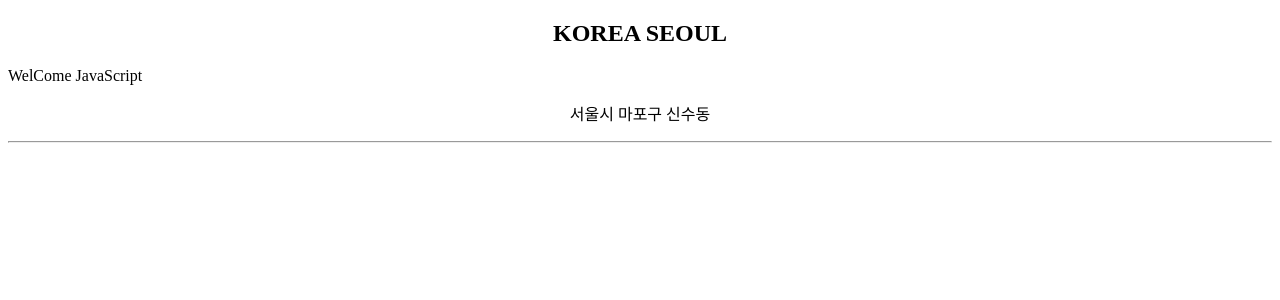
Repository: wjsjsn/23_webstudy
Page: 03_javascript/src/main/webapp/day03/Ex09_dom.html
The author's editor kept a copy of each file at every save. The page is drawn from the files as they stood at one save, then again after the next save.
The browser window is 1280 px wide. The pictures show the whole page.

Above is the page before, as saved 2023-06-29 06:11:28.

### 03_javascript/src/main/webapp/day03/Ex09_dom.html
<!DOCTYPE html>
<html>
<head>
<meta charset="UTF-8">
<title>DOM(Document Object Model)</title>
</head>
<body>
  <p id="demo1">Hello World</p>
  <p><span id="demo2">WelCome JavaScript</span></p>
  <p id="demo3">서울시 마포구 신수동</p>
  <hr>

  <script type="text/javascript">
  	// html 요소 변경
  	// 내용(텍스트 = content)을 가져오거나 설정 : innerHTML
  	// 속성 가져오기 : getAttribute("속성명")
  	// 속성 설정 : setAttribute("속성명", 값)
  	// css를 이용해서 속성 설정 : style.속성명 = "값"
  	document.getElementById("demo1").innerHTML = "<h2>KOREA SEOUL</h2>";
  	document.getElementById("demo1").align = "center";
  	document.getElementById("demo3").setAttribute("align", "center");
  	document.getElementById("demo2").setAttribute("color", "tomato");
  	document.getElementById("demo1").color = "lavender";
  </script>
</body>
</html>

After the next save:
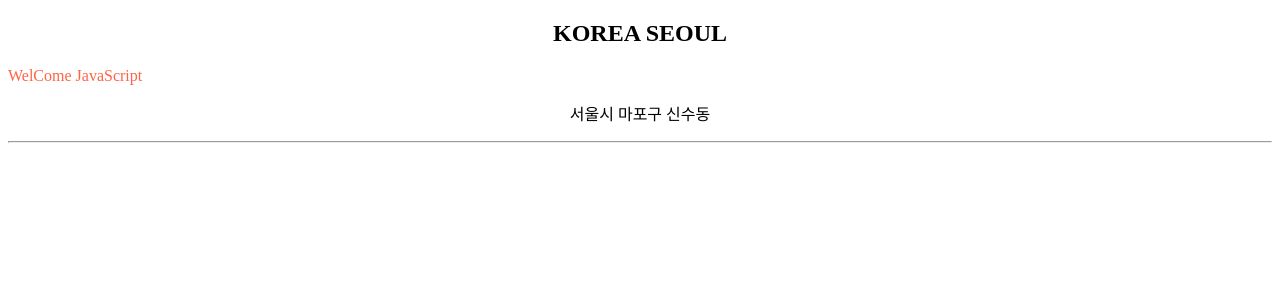
Saved 39 s later.
--- a/03_javascript/src/main/webapp/day03/Ex09_dom.html
+++ b/03_javascript/src/main/webapp/day03/Ex09_dom.html
@@ -19,8 +19,7 @@
   	document.getElementById("demo1").innerHTML = "<h2>KOREA SEOUL</h2>";
   	document.getElementById("demo1").align = "center";
   	document.getElementById("demo3").setAttribute("align", "center");
-  	document.getElementById("demo2").setAttribute("color", "tomato");
-  	document.getElementById("demo1").color = "lavender";
+  	document.getElementById("demo2").style.color = "tomato";
   </script>
 </body>
 </html>
